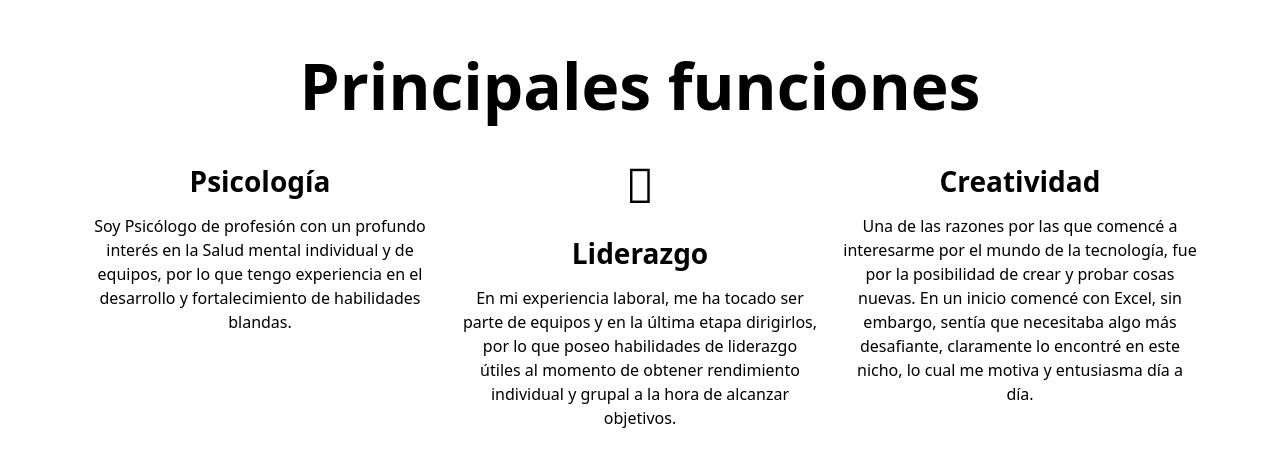
Repository: cvalenciapatagonia/Desafio-4-React-I
Page: /
The author's editor kept a copy of each file at every save. The page is drawn from the files as they stood at one save, then again after the next save.
The browser window is 1280 px wide. The pictures show the part of the page from y = 698 to 1168 px (the page is 2083 px tall before and 2059 px after).
Pictures or frames that could not be fetched are drawn as grey boxes. The page's requests for data from a server got no answer. The project was rebuilt for these pictures with package versions that can differ from the ones it lists, and the page was loaded fresh each time. No one was signed in, and anything a server would have sent is missing. Also part of the build but not shown: vite.config.js, src/App.css.

Above is the page before, as saved 2023-09-08 14:34:34.

After the next save:
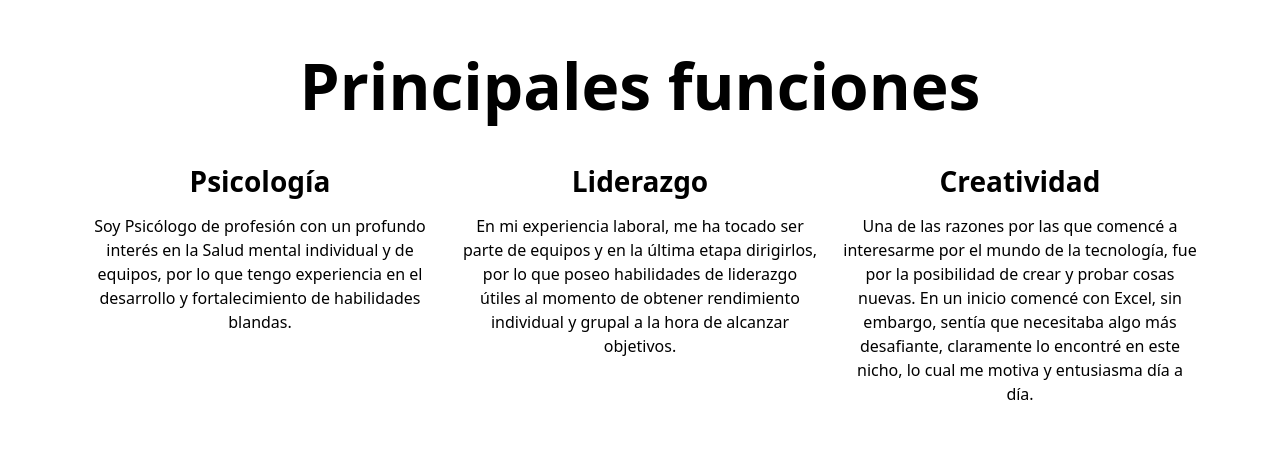
Saved 17 s later.
--- a/src/App.jsx
+++ b/src/App.jsx
@@ -1,6 +1,6 @@
 import React, { useState } from "react";
 import 'bootstrap-icons/font/bootstrap-icons.css';
-import "~font-awesome/css/font-awesome.css";
+
 import "./App.css";
 import "bootstrap/dist/css/bootstrap.min.css";
 import MiApi from './components/MiApi';

After the 2 saves that followed:
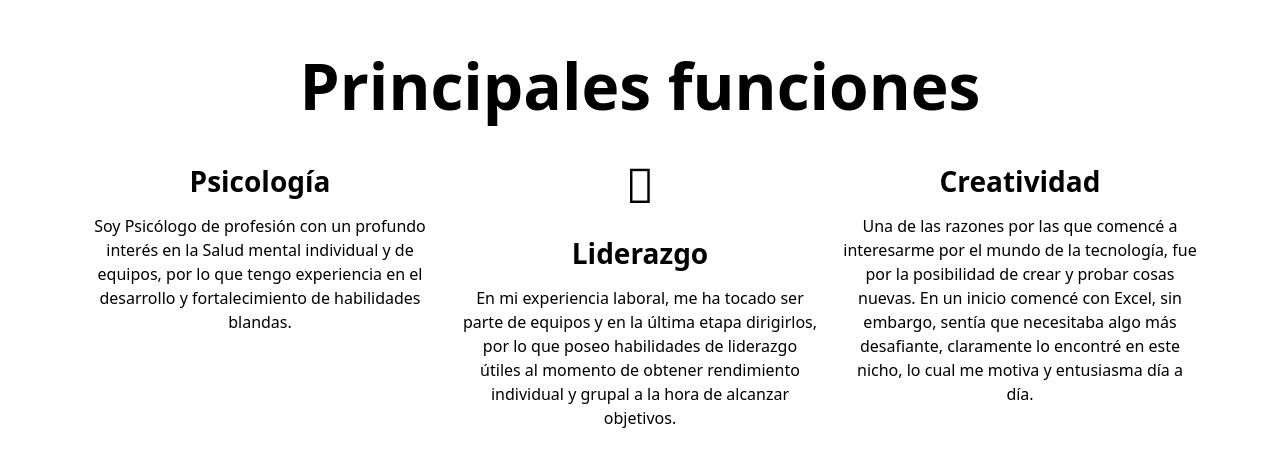
The 2 saves are shown as one change because 1 left the picture as it was.
The last was saved 21 s later.
--- a/src/App.jsx
+++ b/src/App.jsx
@@ -1,6 +1,6 @@
 import React, { useState } from "react";
 import 'bootstrap-icons/font/bootstrap-icons.css';
-
+import "~font-awesome/css/font-awesome.css";
 import "./App.css";
 import "bootstrap/dist/css/bootstrap.min.css";
 import MiApi from './components/MiApi';
